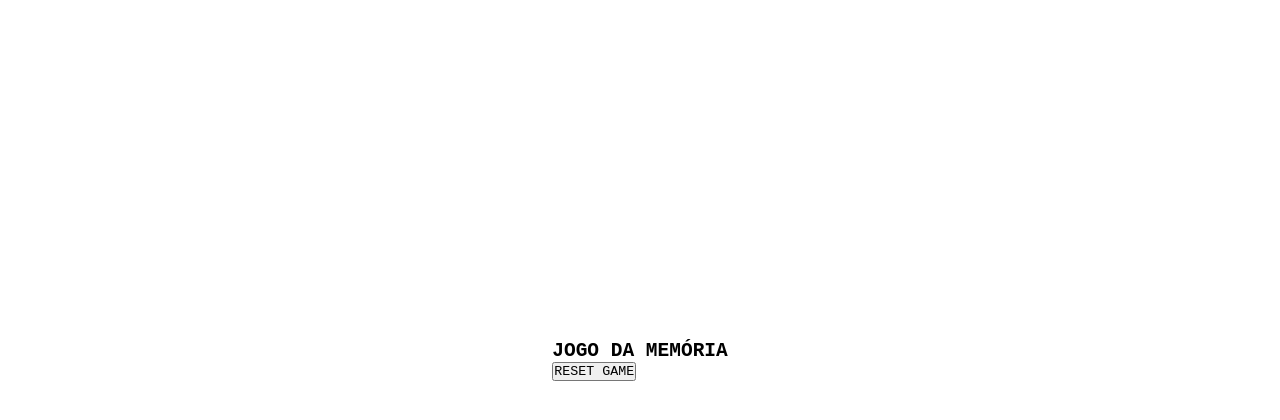
Repository: gustavotwist/memory-game
Page: index.html
These files come from the project's save history. The page is drawn as it stood at one moment and after a run of saves; the edit follows.
The browser window is 1280 px wide. The pictures show the whole page.

Above is the page before, as saved 2024-10-14 21:48:37.

### index.html
<!DOCTYPE html>
<html lang="pt-br">
<head>
    <meta charset="UTF-8">
    <meta name="viewport" content="width=device-width, initial-scale=1.0">
    <title>Jogo Da Memória</title>
    <link rel="stylesheet" href="./src/styles/reset.css">
    <link rel="stylesheet" href="./src/styles/main.css">
</head>
<body>
    <div class="container">
        <h2>JOGO DA MEMÓRIA</h2>
        <div class="game"></div>
        <button class="reset"
        onclick="window.location.reload()"
        >RESET GAME</button>
    </div>


    <script src="./src/scripts/engine.js" defer></script>
</body>
</html>

### src/styles/main.css
body {
    display: flex;
    justify-content: center;
    align-items: center;
    min-height: 100vh;
    background: #;
}

Loaded but not shown: src/styles/reset.css (common file); src/scripts/engine.js (no copy from this time; the picture is the same without it)

After the next 4 saves:
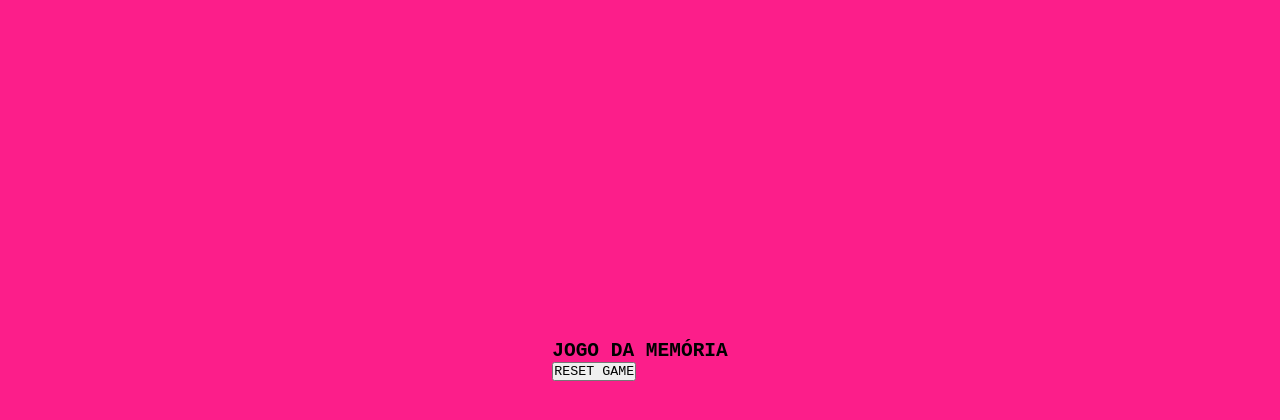
The 4 saves are shown as one change because they came seconds apart.
The last was saved 10 s later.
--- a/src/styles/main.css
+++ b/src/styles/main.css
@@ -3,5 +3,5 @@ body {
     justify-content: center;
     align-items: center;
     min-height: 100vh;
-    background: #;
+    background: #fc1e8a;
 }
